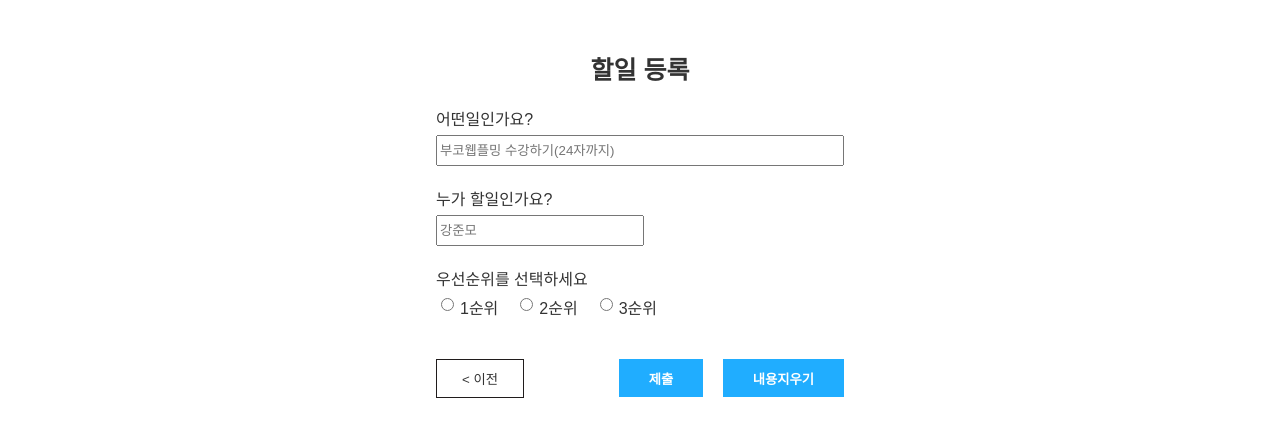
Repository: JmKanmo/BoostCourse_WebProgramming
Page: http://localhost/Todo/TodoFormServlet
These files come from the project's save history. The page is drawn as it stood at one moment and after the next save; the edit follows.
The browser window is 1280 px wide. The pictures show the whole page.
The page is served by Tomcat 9.

Above is the page before, as saved 2020-01-21 02:06:37.

After the next save:
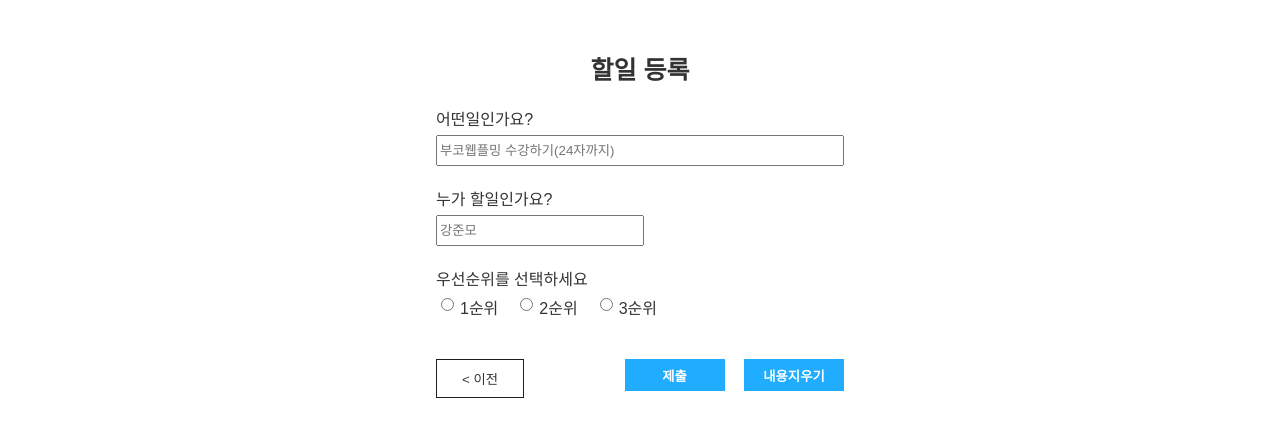
Saved 118 s later.
--- a/Todo/src/main/webapp/css/todoForm.css
+++ b/Todo/src/main/webapp/css/todoForm.css
@@ -96,7 +96,8 @@ html, body, h1, h2, h3, ul, ol, p, a, dl, dt, dd, figure {
 .btn_group button {
 	background-color: rgb(32, 173, 273);
 	border: 0;
-	padding: 10px 30px 9px 30px;
+	height: 32px;
+	width: 100px;
 	font-weight: bold;
 	color: #fff;
 }
